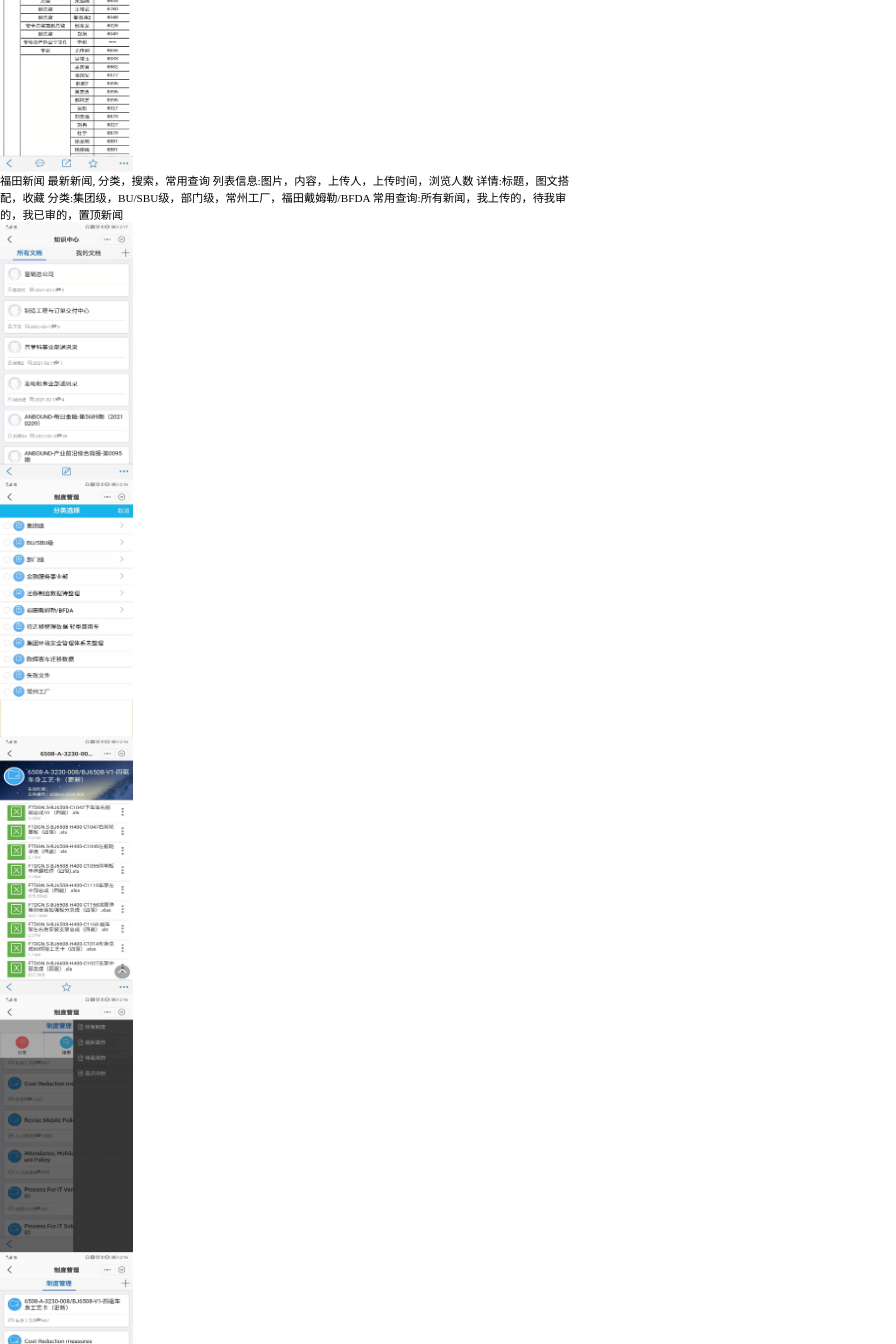
Repository: ch230/2021
Page: A.html
An editor plug-in stored every save of this project. The page is shown before and after the next save, followed by the edit.
The browser window is 1280 px wide. The pictures show the part of the page from y = 4363 to 6283 px (the page is 11844 px tall before and 11892 px after), at 70% of full size.

Above is the page before, as saved 2021-02-15 14:43:09.

After the next save:
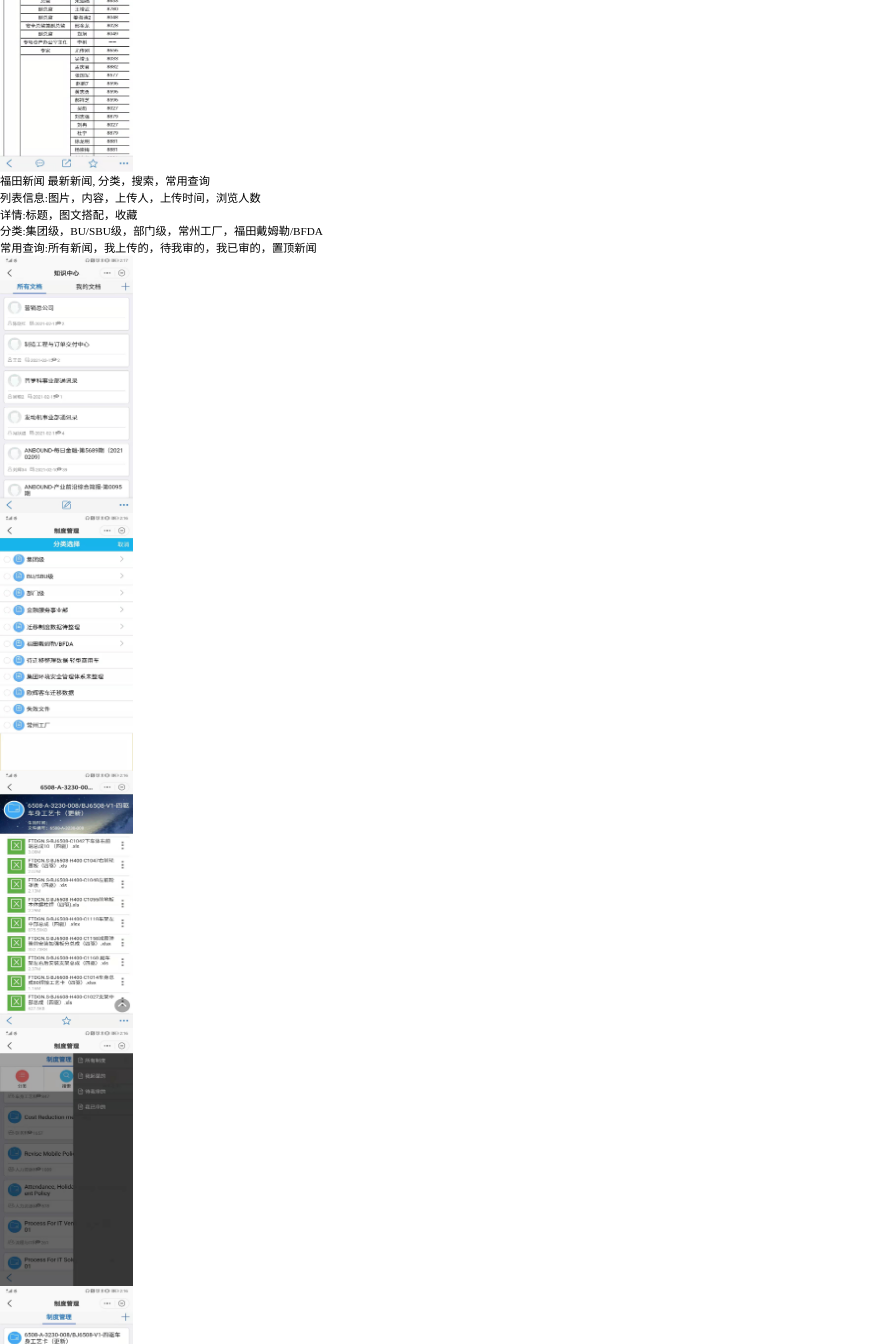
Saved 25 s later.
--- a/A.html
+++ b/A.html
@@ -103,16 +103,11 @@
       <!-- 福田新闻 -->
       <div id="items">
         <div>
-          <p></p>
-          <p></p>
-          <p></p>
-          <p></p>
-          <p></p>
-          福田新闻 最新新闻, 分类，搜索，常用查询
-          列表信息:图片，内容，上传人，上传时间，浏览人数
-          详情:标题，图文搭配，收藏
-          分类:集团级，BU/SBU级，部门级，常州工厂，福田戴姆勒/BFDA
-          常用查询:所有新闻，我上传的，待我审的，我已审的，置顶新闻
+          <p>福田新闻 最新新闻, 分类，搜索，常用查询</p>
+          <p>列表信息:图片，内容，上传人，上传时间，浏览人数</p>
+          <p>详情:标题，图文搭配，收藏</p>
+          <p>分类:集团级，BU/SBU级，部门级，常州工厂，福田戴姆勒/BFDA</p>
+          <p>常用查询:所有新闻，我上传的，待我审的，我已审的，置顶新闻</p>
         </div>
         <ul>
           <li>
